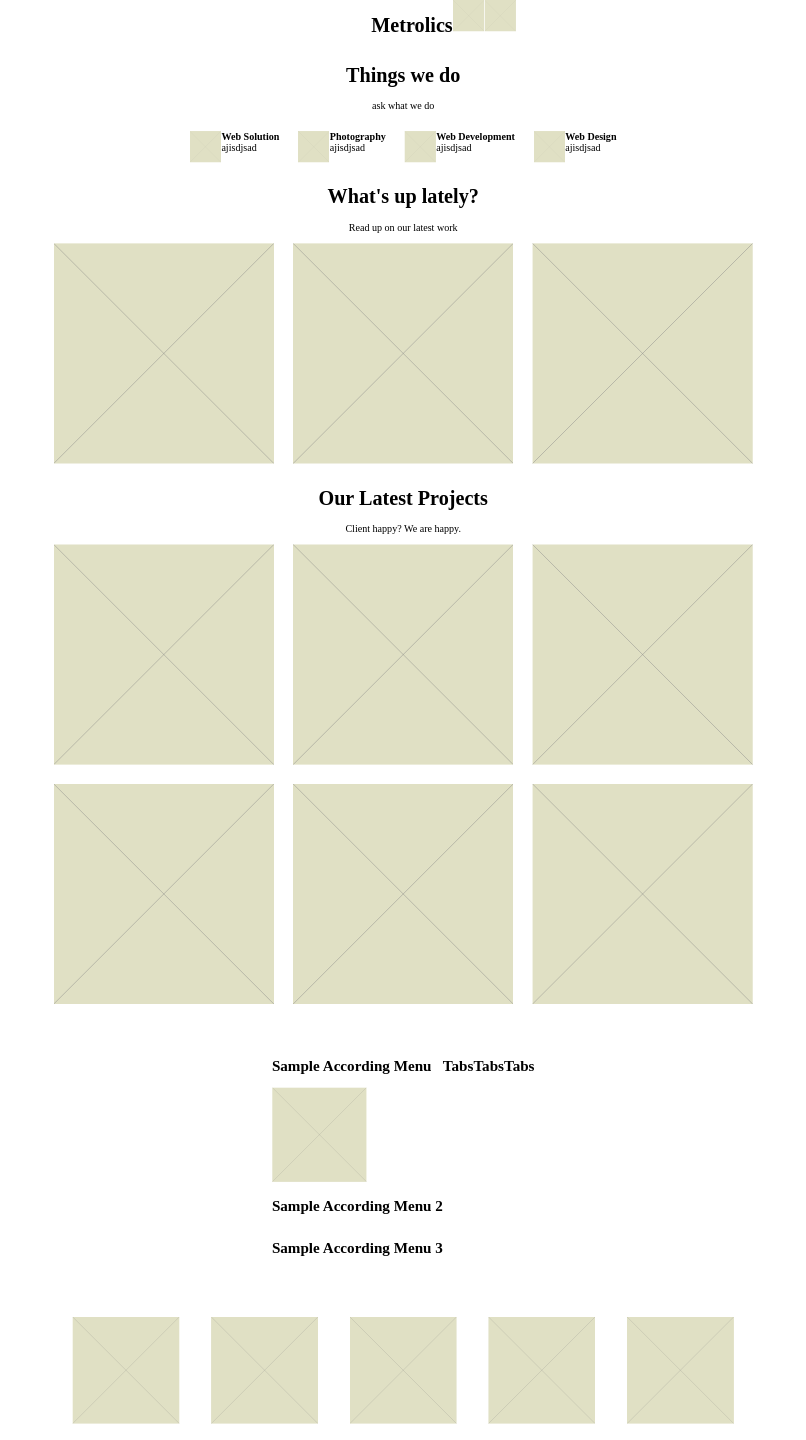
Repository: ReallyNguyen/responsive-web
Page: index.html
An editor plug-in stored every save of this project. The page is shown before and after the next save, followed by the edit.
The browser window is 1280 px wide. The pictures show the whole page, at 63% of full size.

Above is the page before, as saved 2023-01-25 21:26:04.

### index.html
<!doctype html>
<html class="no-js" lang="">

<head>
  <meta charset="utf-8">
  <title></title>
  <meta name="description" content="">
  <meta name="viewport" content="width=device-width, initial-scale=1">

  <meta property="og:title" content="">
  <meta property="og:type" content="">
  <meta property="og:url" content="">
  <meta property="og:image" content="">

  <link rel="manifest" href="site.webmanifest">
  <link rel="apple-touch-icon" href="icon.png">
  <!-- Place favicon.ico in the root directory -->

  <link rel="stylesheet" href="css/normalize.css">
  <link rel="stylesheet" href="css/main.css">

  <meta name="theme-color" content="#fafafa">
</head>

<body>
  <header>
    <div class="nav-bar">
      <h1 class="company-name" >Metrolics</h1>
      <img src="placeholder.svg" alt="" width="50" height="50">
      <img src="placeholder.svg" alt="" width="50" height="50">

    </div>


  </header>



  <article>

    <div class="Title">
      <h1>
        Things we do
      </h1>
      <p>
        ask what we do
      </p>
    </div>

    <main>

      <div class="Contents">
        <div class="Content">
          <img src="placeholder.svg" alt="" width="50" height="50">
          <div class="Description">
            <h4 class="topic">
              Web Solution
            </h4>
            <p> ajisdjsad</p>
          </div>
        </div>

        <div class="Content">
          <img src="placeholder.svg" alt="" width="50" height="50">
          <div class="Description">
            <h4 class="topic">
              Photography
            </h4>
            <p> ajisdjsad</p>
          </div>
        </div>

        <div class="Content">
          <img src="placeholder.svg" alt="" width="50" height="50">
          <div class="Description">
            <h4 class="topic">
              Web Development
            </h4>
            <p> ajisdjsad</p>
          </div>
        </div>

        <div class="Content">
          <img src="placeholder.svg" alt="" width="50" height="50">
          <div class="Description">
            <h4 class="topic">
              Web Design
            </h4>
            <p> ajisdjsad</p>
          </div>
        </div>



      </div>

      <div class="whats_up_lately">

        <div class="Title">
          <h1>
            What's up lately?
          </h1>
          <p>
            Read up on our latest work
          </p>
        </div>

        <div class="Boxes">
          <img class="Sample" src="placeholder.svg" alt="" width="360" height="360">
          <img class="Sample" src="placeholder.svg" alt="" width="360" height="360">
          <img class="Sample" src="placeholder.svg" alt="" width="360" height="360">
        </div>
      </div>

      <div class="our_latest_projects">

        <div class="Title">
          <h1>
            Our Latest Projects
          </h1>
          <p>
            Client happy? We are happy.
          </p>
        </div>

        <div class="Boxes">
          <img class="Sample" src="placeholder.svg" alt="">
          <img class="Sample" src="placeholder.svg" alt="">
          <img class="Sample" src="placeholder.svg" alt="">
          <img class="Sample" src="placeholder.svg" alt="">
          <img class="Sample" src="placeholder.svg" alt="">
          <img class="Sample" src="placeholder.svg" alt="">
        </div>
      </div>

      <div class="Bottom">
        <div class="Menu">
          <div class="Menu1">
            <h2>Sample According Menu</h2>
            <div class="Desc-Menu1"></div>
            <img src="placeholder.svg" alt="" width="150" height="150">
          </div>
          <h2>Sample According Menu 2</h2>
          <h2>Sample According Menu 3</h2>
        </div>
        <div class="Tabs">
          <h2>Tabs</h2>
          <h2>Tabs</h2>
          <h2>Tabs</h2>
        </div>
      </div>

      <div class="Companies">
        <img class="Companies-Logo" src="placeholder.svg" alt="">
        <img class="Companies-Logo" src="placeholder.svg" alt="">
        <img class="Companies-Logo" src="placeholder.svg" alt="">
        <img class="Companies-Logo" src="placeholder.svg" alt="">
        <img class="Companies-Logo" src="placeholder.svg" alt="">
      </div>

    </main>



  </article>
</body>

</html>

### css/main.css
.nav-bar {
  display: flex;
  flex-direction: row;
  justify-content: center;
}

.company-name {
  margin-left: 10%;
}





article>div {
  margin: 15px;
}

.Title {
  display: flex;
  flex-direction: column;
  text-align: center;
  margin-top: 0;
}

main {
  display: flex;
  flex-direction: column;
  align-items: center;
}


.topic {
  margin: 0;
}

p {
  margin: 0px;
}

.Contents {
  display: flex;
  flex-direction: row;
}

.Content {
  display: flex;
  flex-direction: row;
  margin: 15px;
}

.Boxes {
  display: flex;
  display: flex;
  flex-wrap: wrap;
  justify-content: center;
}

.Sample {
  margin: 15px;
  width: 350px;
  height: 350px;
}

.Bottom {
  display: flex;
  flex-direction: row;
  margin: 50px;
}

.Menu {
  display: flex;
  flex-direction: column;
}

.Tabs {
  display: flex;
  flex-direction: row;
}

.Companies {
  display: flex;
  flex-direction: row;
}

.Companies-Logo {
  width: 170px;
  height: 170px;
  margin: 25px;
}

/* Small only */
@media screen and (max-width: 39.9375em) {
  header {
    display: flex;
    flex-direction: column;
    text-align: center;
    margin: 15px;
    font-size: 10px;
  }
}

/* Medium and up */
@media screen and (min-width: 40em) {
  h1 br {
    display: none;
  }

}

/* Medium only */
@media screen and (min-width: 40em) and (max-width: 63.9375em) {}

/* Large and up */
@media screen and (min-width: 64em) {}

/* Large only */
@media screen and (min-width: 64em) and (max-width: 74.9375em) {}

Loaded but not shown: css/normalize.css (library)

After the next save:
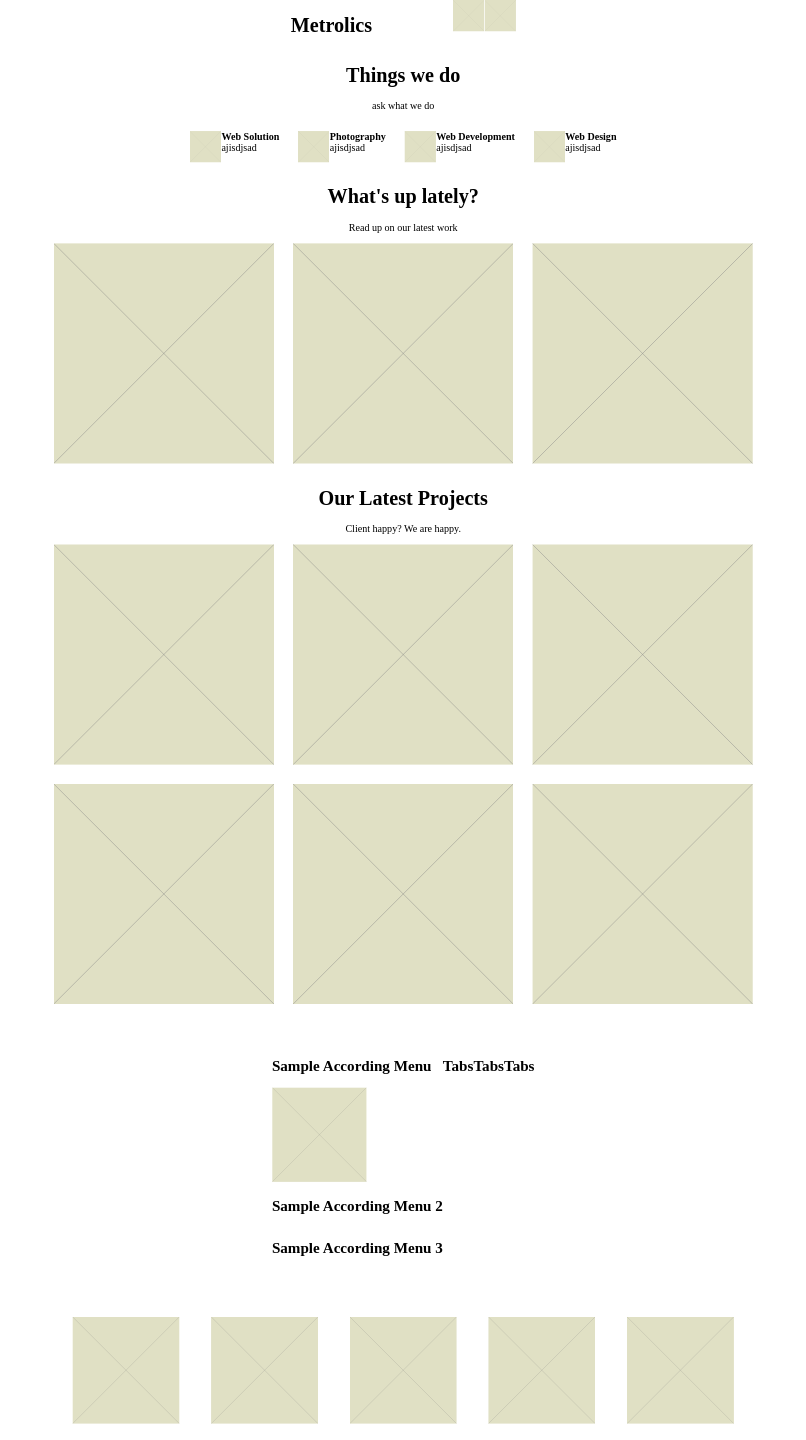
Saved 9 s later.
--- a/css/main.css
+++ b/css/main.css
@@ -5,7 +5,7 @@
 }
 
 .company-name {
-  margin-left: 10%;
+  margin-right: 10%;
 }
 
 
